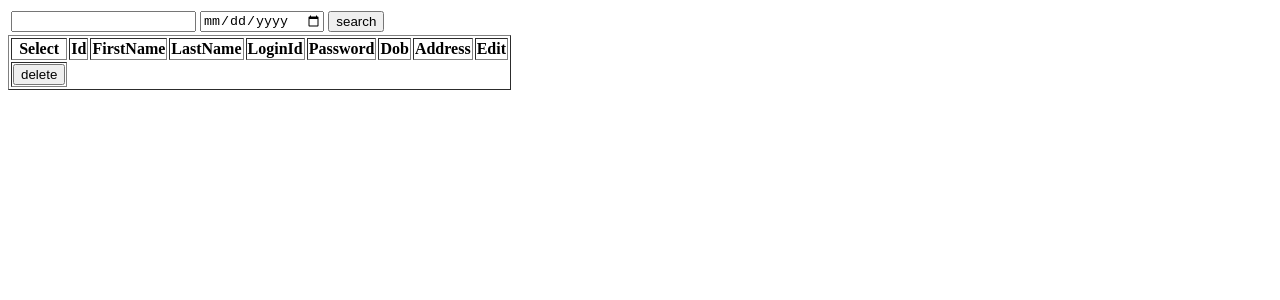
Repository: rish1208/Advance_java
Page: http://localhost/Use-case/UserListCtl
The author's editor kept a copy of each file at every save. The page is drawn from the files as they stood at one save, then again after the next save.
The browser window is 1280 px wide. The pictures show the whole page.
The page is served by Tomcat 9. Queries for data that is not in the repository find no rows.

Above is the page before, as saved 2024-04-07 21:19:02.

After the next save:
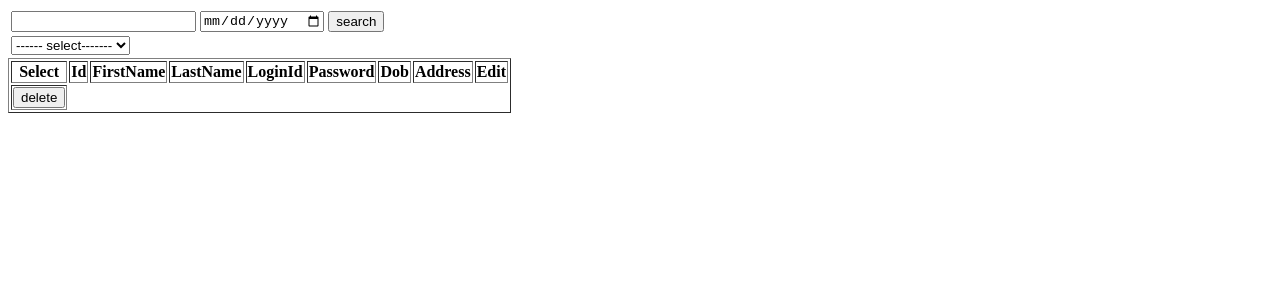
Saved 2 min 26 s later.
--- a/Advance java Workspace/Use-case/WebContent/UserListView.jsp
+++ b/Advance java Workspace/Use-case/WebContent/UserListView.jsp
@@ -21,6 +21,20 @@
 				<td><input type="Date" name="dob"></td>
 				<td><input type="submit" name="operation" value="search"></td>
 			</tr>
+
+			<td><select name="preload">
+					<option>------ select-------</option>
+					<%
+						Iterator it1 = list.iterator();
+						while (it1.hasNext()) {
+							UserBean bean1 = (UserBean) it1.next();
+					%>
+					<option value="<%=bean1.getLastName()%>"><%=bean1.getLastName()%></option>
+					<%
+						}
+					%>
+			</td>
+
 		</table>
 		<table border="1%">
 			<tr>
@@ -52,6 +66,7 @@
 					}
 				%>
 			</tr>
+
 			<tr>
 				<td><input type="submit" name="operation" value="delete"></td>
 			</tr>
